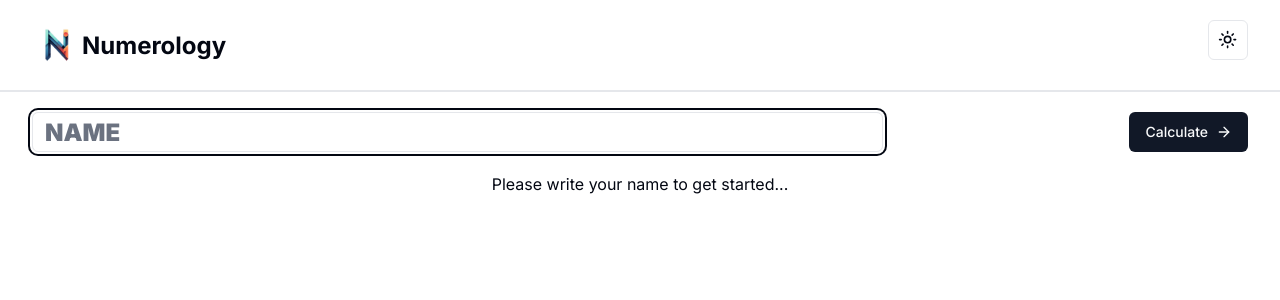
Repository: RaghunadhSahitDruvam/mynumerology
Page: /
These files come from the project's save history. The page is drawn as it stood at one moment and after the next save; the edit follows.
The browser window is 1280 px wide. The pictures show the whole page.
The project was rebuilt for these pictures with package versions that can differ from the ones it lists, and the page was loaded fresh each time. The framework's server and built-in components were replaced by stand-ins that run in the browser. Also part of the build but not shown: next.config.js, components/ui/alert-dialog.tsx.

Above is the page before, as saved 2023-12-21 07:56:40.

### app/layout.tsx
import type { Metadata } from "next";
import { Inter } from "next/font/google";
import "./globals.css";
import { ThemeProvider } from "@/components/theme-provider";

const inter = Inter({ subsets: ["latin"] });

export const metadata: Metadata = {
  title: "Numerology",
  description: "Officially designed by ⭐ Raghunadh ⭐",
};

export default function RootLayout({
  children,
}: {
  children: React.ReactNode;
}) {
  return (
    <html lang="en">
      <body className={inter.className}>
        {" "}
        <ThemeProvider
          attribute="class"
          defaultTheme="system"
          enableSystem
          disableTransitionOnChange
        >
          {children}
          {/* <Toaster /> */}
        </ThemeProvider>
      </body>
    </html>
  );
}

### app/page.tsx
// @ts-nocheck
"use client";
import React, { useEffect, useRef, useState } from "react";
import { Input } from "@/components/ui/input";
import { ToastContainer, toast } from "react-toastify";
import "react-toastify/dist/ReactToastify.css";

import { Button } from "@/components/ui/button";
import { ArrowRight } from "lucide-react";
import axios from "axios";
import Header from "@/components/header";
import { useRouter, useSearchParams } from "next/navigation";
import Link from "next/link";
import {
  AlertDialog,
  AlertDialogAction,
  AlertDialogCancel,
  AlertDialogContent,
  AlertDialogDescription,
  AlertDialogFooter,
  AlertDialogHeader,
  AlertDialogTitle,
  AlertDialogTrigger,
} from "@/components/ui/alert-dialog";

interface DataSource {
  name_g2_block?: string;
  name_g3_block?: string;
  g2tot?: number;
  g2vtot?: number;
  g2nettot?: number;
  g3tot?: number;
  g3vtot?: number;
  g3nettot?: number;
  tot_letters?: number;
}

const Page: React.FC = () => {
  let [textName, setTextName] = useState<string>("");
  const [dataSource, setDataSource] = useState<DataSource | null>(null);
  const [loading, setLoading] = useState<boolean>(false);
  const searchParams = useSearchParams();
  let search = searchParams.get("name");
  const router = useRouter();
  const saveHandler = async (dataSource: DataSource) => {
    setLoading(true);
    await axios
      .post("/api/save", {
        chaldean: dataSource.name_g2_block,
        pythogorous: dataSource.name_g3_block,
        tot_letters: dataSource.tot_letters,
        g2tot: dataSource.g2tot,
        g3tot: dataSource.g3tot,
        g2vtot: dataSource.g2vtot,
        g3vtot: dataSource.g3vtot,
        g2nettot: dataSource.g2nettot,
        g3nettot: dataSource.g3nettot,
      })
      .then((res) => {
        setLoading(false);
        toast.success("Name successfully added to Database ⭐!");
      })
      .catch((err) => toast.error(err));
  };

  useEffect(() => {
    // Set initial value only if it's different from the current state
    if (search !== null && search !== textName) {
      setTextName(search);
    }
  }, [search, textName]);

  const inputFocusRef = useRef(null);
  const buttonRef = useRef(null);
  useEffect(() => {
    inputFocusRef.current.focus();
    if (search !== null) {
      if (buttonRef.current) {
        buttonRef.current.click();
      }
    }
  }, []);
  const submitHandler = (e: React.FormEvent<HTMLFormElement>) => {
    e.preventDefault();
    axios
      .get(`https://phinzi.com/convert?name=${textName}`)
      .then((res) => setDataSource(res.data));
  };

  const updateURL = (newTextName: string) => {
    // Update the URL without a page reload
    router.push(
      `?name=${encodeURIComponent(
        newTextName
          .replaceAll(".", "")
          .replaceAll(",", "")
          .replaceAll("-", " ")
          .replaceAll(";", "")
          .replaceAll("(", "")
          .replaceAll(")", "")
          .replaceAll("  ", " ")
      )}`
    );
  };

  return loading ? (
    <div className="flex items-center justify-center h-screen bg-gray-100">
      <div className="animate-spin h-12 w-12 border-t-2 border-b-2 border-gray-900 rounded-full" />
    </div>
  ) : (
    <div className="">
      <Header />

      <div>
        <form
          className="container gap flex justify-between"
          onSubmit={(e) => submitHandler(e)}
        >
          <Input
            type="text"
            placeholder="Name"
            className="w-[70%]"
            value={textName}
            ref={inputFocusRef}
            onChange={(e) => {
              const newValue = e.target.value;
              setTextName(newValue);
              updateURL(newValue); // Update the URL when input changes
            }}
          />

          <Button type="submit" ref={buttonRef}>
            Calculate <ArrowRight className="ml-2 h-4 w-4" />
          </Button>
        </form>
      </div>
      {dataSource ? (
        <>
          <div className="container mt-[30px] flex items-start justify-start">
            <table
              border={2}
              className="border-4dark:border-white border-yellow-600"
            >
              <thead className="border-4 dark:border-white border-yellow-600 p-[20px]">
                <tr className="border-4 dark:border-white border-yellow-600">
                  <th className="border-4 dark:border-white border-yellow-600 bg-green-600 text-white  text-2xl font-[900]">
                    Grp.
                  </th>
                  <th className="border-4 dark:border-white border-yellow-600 bg-green-600 text-white  text-2xl font-[900]">
                    Name
                  </th>
                  <th className="border-4 dark:border-white border-yellow-600 bg-green-600 text-white  text-2xl font-[900]">
                    Total
                  </th>
                  <th className="border-4  dark:border-white border-yellow-600 bg-green-600 text-white  text-2xl font-[900]">
                    V
                  </th>
                  <th className="border-4px-[10px]  dark:border-white border-yellow-600 bg-green-600 text-white  text-2xl font-[900] text-2xl">
                    C
                  </th>
                </tr>
              </thead>
              <tbody className="border-4 dark:border-white border-yellow-600 text-[#960084] font-[900]">
                <tr className="border-4 dark:border-white border-yellow-600">
                  <td className="border-4 dark:border-white border-yellow-600 bg-green-600 text-white  text-2xl ">
                    C
                  </td>
                  <td className=" border-4 dark:border-white border-yellow-600 ">
                    <table
                      className=" table-padding text-2xl"
                      dangerouslySetInnerHTML={{
                        __html:
                          typeof dataSource !== "undefined" &&
                          dataSource?.name_g2_block,
                      }}
                    ></table>
                  </td>

                  <td className="border-4 dark:border-white border-yellow-600 text-2xl bg-green-600 text-white ">
                    {dataSource?.g2tot}
                  </td>
                  <td className="border-4 dark:border-white border-yellow-600 text-2xl bg-green-600 text-white ">
                    {" "}
                    {dataSource?.g2vtot}
                  </td>
                  <td className="border-4 dark:border-white border-yellow-600 text-2xl bg-green-600 text-white ">
                    {" "}
                    {dataSource?.g2nettot}
                  </td>
                </tr>
                <tr className="border-4 dark:border-white border-yellow-600">
                  <td className="border-4 dark:border-white border-yellow-600 bg-green-600 text-white  text-2xl ">
                    P
                  </td>
                  <td className=" border-4 dark:border-white border-yellow-600">
                    <table
                      className=" table-padding text-2xl"
                      dangerouslySetInnerHTML={{
                        __html:
                          typeof dataSource !== "undefined" &&
                          dataSource?.name_g3_block,
                      }}
                    ></table>
                  </td>

                  <td className="border-4 dark:border-white border-yellow-600 text-2xl bg-green-600 text-white ">
                    {dataSource?.g3tot}
                  </td>
                  <td className="border-4 dark:border-white border-yellow-600 text-2xl bg-green-600 text-white ">
                    {" "}
                    {dataSource?.g3vtot}
                  </td>
                  <td className="border-4 dark:border-white border-yellow-600 text-2xl bg-green-600 text-white ">
                    {" "}
                    {dataSource?.g3nettot}
                  </td>
                </tr>
              </tbody>
            </table>
          </div>
          <div className="container flex  items-start mt-[10px] justify-between">
            {" "}
            <span className="text-green-600  text-2xl font-[900]">
              Total Letters - {dataSource?.tot_letters}
            </span>
            <div className="">
              {/* <Button variant={"default"} className="mr-[10px]"> */}
              <AlertDialog>
                <AlertDialogTrigger>
                  <Button variant={"default"} className="mr-[10px]">
                    Save
                  </Button>
                </AlertDialogTrigger>
                <AlertDialogContent>
                  <AlertDialogHeader>
                    <AlertDialogTitle>
                      Are you absolutely sure?
                    </AlertDialogTitle>
                    <AlertDialogDescription>
                      Do you want to save this name -{" "}
                      <b>{textName.toUpperCase()}</b> ?
                    </AlertDialogDescription>
                  </AlertDialogHeader>
                  <AlertDialogFooter>
                    <AlertDialogCancel>Cancel</AlertDialogCancel>
                    <AlertDialogAction onClick={() => saveHandler(dataSource)}>
                      Continue
                    </AlertDialogAction>
                  </AlertDialogFooter>
                </AlertDialogContent>
              </AlertDialog>
              {/* </Button> */}
              <Link href={"/"}>
                <Button
                  variant={"destructive"}
                  onClick={() => {
                    setTextName(null);
                    setDataSource(null);
                  }}
                >
                  Cancel
                </Button>
              </Link>
            </div>
          </div>
        </>
      ) : (
        <>
          <div className="container flex justify-center align-middle">
            <h1>Please write your name to get started...</h1>
          </div>
        </>
      )}
      <ToastContainer
        position="top-right"
        autoClose={5000}
        hideProgressBar={false}
        newestOnTop={false}
        closeOnClick
        rtl={false}
        pauseOnFocusLoss
        draggable
        pauseOnHover
        theme="colored"
      />
    </div>
  );
};

export default Page;

### app/globals.css
@tailwind base;
@tailwind components;
@tailwind utilities;

@layer base {
  :root {
    --background: 0 0% 100%;
    --foreground: 224 71.4% 4.1%;

    --card: 0 0% 100%;
    --card-foreground: 224 71.4% 4.1%;

    --popover: 0 0% 100%;
    --popover-foreground: 224 71.4% 4.1%;

    --primary: 220.9 39.3% 11%;
    --primary-foreground: 210 20% 98%;

    --secondary: 220 14.3% 95.9%;
    --secondary-foreground: 220.9 39.3% 11%;

    --muted: 220 14.3% 95.9%;
    --muted-foreground: 220 8.9% 46.1%;

    --accent: 220 14.3% 95.9%;
    --accent-foreground: 220.9 39.3% 11%;

    --destructive: 0 84.2% 60.2%;
    --destructive-foreground: 210 20% 98%;

    --border: 220 13% 91%;
    --input: 220 13% 91%;
    --ring: 224 71.4% 4.1%;

    --radius: 0.5rem;
  }

  .dark {
    --background: 224 71.4% 4.1%;
    --foreground: 210 20% 98%;

    --card: 224 71.4% 4.1%;
    --card-foreground: 210 20% 98%;

    --popover: 224 71.4% 4.1%;
    --popover-foreground: 210 20% 98%;

    --primary: 210 20% 98%;
    --primary-foreground: 220.9 39.3% 11%;

    --secondary: 215 27.9% 16.9%;
    --secondary-foreground: 210 20% 98%;

    --muted: 215 27.9% 16.9%;
    --muted-foreground: 217.9 10.6% 64.9%;

    --accent: 215 27.9% 16.9%;
    --accent-foreground: 210 20% 98%;

    --destructive: 0 62.8% 30.6%;
    --destructive-foreground: 210 20% 98%;

    --border: 215 27.9% 16.9%;
    --input: 215 27.9% 16.9%;
    --ring: 216 12.2% 83.9%;
  }
}

@layer base {
  * {
    @apply border-border;
  }
  body {
    @apply bg-background text-foreground;
  }
  .container {
    @apply mx-[50px];
  }
  .mainHeading {
    @apply text-2xl font-bold;
  }
  .gap {
    @apply my-[20px];
  }
  .table-padding tbody > tr > td {
    @apply px-[15px];
  }
}

### components/ui/input.tsx
import * as React from "react";

import { cn } from "@/lib/utils";

export interface InputProps
  extends React.InputHTMLAttributes<HTMLInputElement> {}

const Input = React.forwardRef<HTMLInputElement, InputProps>(
  ({ className, type, ...props }, ref) => {
    return (
      <input
        type={type}
        className={cn(
          "flex h-10 w-full rounded-md border border-pink-600 border-input uppercase text-2xl bg-background text-blue-600 font-[1000] px-3 py-2  ring-offset-background file:border-0 file:bg-transparent file:text-sm file:font-medium placeholder:text-muted-foreground focus-visible:outline-none focus-visible:ring-2 focus-visible:ring-ring focus-visible:ring-offset-2 foc disabled:cursor-not-allowed disabled:opacity-50",
          className
        )}
        ref={ref}
        {...props}
      />
    );
  }
);
Input.displayName = "Input";

export { Input };

### components/ui/button.tsx
import * as React from "react"
import { Slot } from "@radix-ui/react-slot"
import { cva, type VariantProps } from "class-variance-authority"

import { cn } from "@/lib/utils"

const buttonVariants = cva(
  "inline-flex items-center justify-center rounded-md text-sm font-medium ring-offset-background transition-colors focus-visible:outline-none focus-visible:ring-2 focus-visible:ring-ring focus-visible:ring-offset-2 disabled:pointer-events-none disabled:opacity-50",
  {
    variants: {
      variant: {
        default: "bg-primary text-primary-foreground hover:bg-primary/90",
        destructive:
          "bg-destructive text-destructive-foreground hover:bg-destructive/90",
        outline:
          "border border-input bg-background hover:bg-accent hover:text-accent-foreground",
        secondary:
          "bg-secondary text-secondary-foreground hover:bg-secondary/80",
        ghost: "hover:bg-accent hover:text-accent-foreground",
        link: "text-primary underline-offset-4 hover:underline",
      },
      size: {
        default: "h-10 px-4 py-2",
        sm: "h-9 rounded-md px-3",
        lg: "h-11 rounded-md px-8",
        icon: "h-10 w-10",
      },
    },
    defaultVariants: {
      variant: "default",
      size: "default",
    },
  }
)

export interface ButtonProps
  extends React.ButtonHTMLAttributes<HTMLButtonElement>,
    VariantProps<typeof buttonVariants> {
  asChild?: boolean
}

const Button = React.forwardRef<HTMLButtonElement, ButtonProps>(
  ({ className, variant, size, asChild = false, ...props }, ref) => {
    const Comp = asChild ? Slot : "button"
    return (
      <Comp
        className={cn(buttonVariants({ variant, size, className }))}
        ref={ref}
        {...props}
      />
    )
  }
)
Button.displayName = "Button"

export { Button, buttonVariants }

### components/header.tsx
import React from "react";
import { ModeToggle } from "./mode";
import Link from "next/link";
import Image from "next/image";

const Header = () => {
  return (
    <div className={``}>
      <div className="flex my-[20px] mainHeading justify-between  container ">
        <Link href={"/"} className="flex align-middle text-center ">
          <Image src={"/images/logo.png"} alt="logo" height={50} width={50} />
          <span className="mt-[10px]">Numerology</span>
        </Link>
        <ModeToggle />
      </div>
      <div className="border-b-2"></div>
    </div>
  );
};

export default Header;

### components/mode.tsx
"use client";

import * as React from "react";
import { Moon, Sun } from "lucide-react";
import { useTheme } from "next-themes";

import { Button } from "@/components/ui/button";
import {
  DropdownMenu,
  DropdownMenuContent,
  DropdownMenuItem,
  DropdownMenuTrigger,
} from "@/components/ui/dropdown-menu";

export function ModeToggle() {
  const { setTheme } = useTheme();

  return (
    <DropdownMenu>
      <DropdownMenuTrigger asChild>
        <Button variant="outline" size="icon">
          <Sun className="h-[1.2rem] w-[1.2rem] rotate-0 scale-100 transition-all dark:-rotate-90 dark:scale-0" />
          <Moon className="absolute h-[1.2rem] w-[1.2rem] rotate-90 scale-0 transition-all dark:rotate-0 dark:scale-100" />
          <span className="sr-only">Toggle theme</span>
        </Button>
      </DropdownMenuTrigger>
      <DropdownMenuContent align="end">
        <DropdownMenuItem onClick={() => setTheme("light")}>
          Light
        </DropdownMenuItem>
        <DropdownMenuItem onClick={() => setTheme("dark")}>
          Dark
        </DropdownMenuItem>
        <DropdownMenuItem onClick={() => setTheme("system")}>
          System
        </DropdownMenuItem>
      </DropdownMenuContent>
    </DropdownMenu>
  );
}

### components/ui/dropdown-menu.tsx
import * as React from "react"
import * as DropdownMenuPrimitive from "@radix-ui/react-dropdown-menu"
import { Check, ChevronRight, Circle } from "lucide-react"

import { cn } from "@/lib/utils"

const DropdownMenu = DropdownMenuPrimitive.Root

const DropdownMenuTrigger = DropdownMenuPrimitive.Trigger

const DropdownMenuGroup = DropdownMenuPrimitive.Group

const DropdownMenuPortal = DropdownMenuPrimitive.Portal

const DropdownMenuSub = DropdownMenuPrimitive.Sub

const DropdownMenuRadioGroup = DropdownMenuPrimitive.RadioGroup

const DropdownMenuSubTrigger = React.forwardRef<
  React.ElementRef<typeof DropdownMenuPrimitive.SubTrigger>,
  React.ComponentPropsWithoutRef<typeof DropdownMenuPrimitive.SubTrigger> & {
    inset?: boolean
  }
>(({ className, inset, children, ...props }, ref) => (
  <DropdownMenuPrimitive.SubTrigger
    ref={ref}
    className={cn(
      "flex cursor-default select-none items-center rounded-sm px-2 py-1.5 text-sm outline-none focus:bg-accent data-[state=open]:bg-accent",
      inset && "pl-8",
      className
    )}
    {...props}
  >
    {children}
    <ChevronRight className="ml-auto h-4 w-4" />
  </DropdownMenuPrimitive.SubTrigger>
))
DropdownMenuSubTrigger.displayName =
  DropdownMenuPrimitive.SubTrigger.displayName

const DropdownMenuSubContent = React.forwardRef<
  React.ElementRef<typeof DropdownMenuPrimitive.SubContent>,
  React.ComponentPropsWithoutRef<typeof DropdownMenuPrimitive.SubContent>
>(({ className, ...props }, ref) => (
  <DropdownMenuPrimitive.SubContent
    ref={ref}
    className={cn(
      "z-50 min-w-[8rem] overflow-hidden rounded-md border bg-popover p-1 text-popover-foreground shadow-lg data-[state=open]:animate-in data-[state=closed]:animate-out data-[state=closed]:fade-out-0 data-[state=open]:fade-in-0 data-[state=closed]:zoom-out-95 data-[state=open]:zoom-in-95 data-[side=bottom]:slide-in-from-top-2 data-[side=left]:slide-in-from-right-2 data-[side=right]:slide-in-from-left-2 data-[side=top]:slide-in-from-bottom-2",
      className
    )}
    {...props}
  />
))
DropdownMenuSubContent.displayName =
  DropdownMenuPrimitive.SubContent.displayName

const DropdownMenuContent = React.forwardRef<
  React.ElementRef<typeof DropdownMenuPrimitive.Content>,
  React.ComponentPropsWithoutRef<typeof DropdownMenuPrimitive.Content>
>(({ className, sideOffset = 4, ...props }, ref) => (
  <DropdownMenuPrimitive.Portal>
    <DropdownMenuPrimitive.Content
      ref={ref}
      sideOffset={sideOffset}
      className={cn(
        "z-50 min-w-[8rem] overflow-hidden rounded-md border bg-popover p-1 text-popover-foreground shadow-md data-[state=open]:animate-in data-[state=closed]:animate-out data-[state=closed]:fade-out-0 data-[state=open]:fade-in-0 data-[state=closed]:zoom-out-95 data-[state=open]:zoom-in-95 data-[side=bottom]:slide-in-from-top-2 data-[side=left]:slide-in-from-right-2 data-[side=right]:slide-in-from-left-2 data-[side=top]:slide-in-from-bottom-2",
        className
      )}
      {...props}
    />
  </DropdownMenuPrimitive.Portal>
))
DropdownMenuContent.displayName = DropdownMenuPrimitive.Content.displayName

const DropdownMenuItem = React.forwardRef<
  React.ElementRef<typeof DropdownMenuPrimitive.Item>,
  React.ComponentPropsWithoutRef<typeof DropdownMenuPrimitive.Item> & {
    inset?: boolean
  }
>(({ className, inset, ...props }, ref) => (
  <DropdownMenuPrimitive.Item
    ref={ref}
    className={cn(
      "relative flex cursor-default select-none items-center rounded-sm px-2 py-1.5 text-sm outline-none transition-colors focus:bg-accent focus:text-accent-foreground data-[disabled]:pointer-events-none data-[disabled]:opacity-50",
      inset && "pl-8",
      className
    )}
    {...props}
  />
))
DropdownMenuItem.displayName = DropdownMenuPrimitive.Item.displayName

const DropdownMenuCheckboxItem = React.forwardRef<
  React.ElementRef<typeof DropdownMenuPrimitive.CheckboxItem>,
  React.ComponentPropsWithoutRef<typeof DropdownMenuPrimitive.CheckboxItem>
>(({ className, children, checked, ...props }, ref) => (
  <DropdownMenuPrimitive.CheckboxItem
    ref={ref}
    className={cn(
      "relative flex cursor-default select-none items-center rounded-sm py-1.5 pl-8 pr-2 text-sm outline-none transition-colors focus:bg-accent focus:text-accent-foreground data-[disabled]:pointer-events-none data-[disabled]:opacity-50",
      className
    )}
    checked={checked}
    {...props}
  >
    <span className="absolute left-2 flex h-3.5 w-3.5 items-center justify-center">
      <DropdownMenuPrimitive.ItemIndicator>
        <Check className="h-4 w-4" />
      </DropdownMenuPrimitive.ItemIndicator>
    </span>
    {children}
  </DropdownMenuPrimitive.CheckboxItem>
))
DropdownMenuCheckboxItem.displayName =
  DropdownMenuPrimitive.CheckboxItem.displayName

const DropdownMenuRadioItem = React.forwardRef<
  React.ElementRef<typeof DropdownMenuPrimitive.RadioItem>,
  React.ComponentPropsWithoutRef<typeof DropdownMenuPrimitive.RadioItem>
>(({ className, children, ...props }, ref) => (
  <DropdownMenuPrimitive.RadioItem
    ref={ref}
    className={cn(
      "relative flex cursor-default select-none items-center rounded-sm py-1.5 pl-8 pr-2 text-sm outline-none transition-colors focus:bg-accent focus:text-accent-foreground data-[disabled]:pointer-events-none data-[disabled]:opacity-50",
      className
    )}
    {...props}
  >
    <span className="absolute left-2 flex h-3.5 w-3.5 items-center justify-center">
      <DropdownMenuPrimitive.ItemIndicator>
        <Circle className="h-2 w-2 fill-current" />
      </DropdownMenuPrimitive.ItemIndicator>
    </span>
    {children}
  </DropdownMenuPrimitive.RadioItem>
))
DropdownMenuRadioItem.displayName = DropdownMenuPrimitive.RadioItem.displayName

const DropdownMenuLabel = React.forwardRef<
  React.ElementRef<typeof DropdownMenuPrimitive.Label>,
  React.ComponentPropsWithoutRef<typeof DropdownMenuPrimitive.Label> & {
    inset?: boolean
  }
>(({ className, inset, ...props }, ref) => (
  <DropdownMenuPrimitive.Label
    ref={ref}
    className={cn(
      "px-2 py-1.5 text-sm font-semibold",
      inset && "pl-8",
      className
    )}
    {...props}
  />
))
DropdownMenuLabel.displayName = DropdownMenuPrimitive.Label.displayName

const DropdownMenuSeparator = React.forwardRef<
  React.ElementRef<typeof DropdownMenuPrimitive.Separator>,
  React.ComponentPropsWithoutRef<typeof DropdownMenuPrimitive.Separator>
>(({ className, ...props }, ref) => (
  <DropdownMenuPrimitive.Separator
    ref={ref}
    className={cn("-mx-1 my-1 h-px bg-muted", className)}
    {...props}
  />
))
DropdownMenuSeparator.displayName = DropdownMenuPrimitive.Separator.displayName

const DropdownMenuShortcut = ({
  className,
  ...props
}: React.HTMLAttributes<HTMLSpanElement>) => {
  return (
    <span
      className={cn("ml-auto text-xs tracking-widest opacity-60", className)}
      {...props}
    />
  )
}
DropdownMenuShortcut.displayName = "DropdownMenuShortcut"

export {
  DropdownMenu,
  DropdownMenuTrigger,
  DropdownMenuContent,
  DropdownMenuItem,
  DropdownMenuCheckboxItem,
  DropdownMenuRadioItem,
  DropdownMenuLabel,
  DropdownMenuSeparator,
  DropdownMenuShortcut,
  DropdownMenuGroup,
  DropdownMenuPortal,
  DropdownMenuSub,
  DropdownMenuSubContent,
  DropdownMenuSubTrigger,
  DropdownMenuRadioGroup,
}

Loaded but not shown: components/theme-provider.tsx (common file); lib/utils.ts (common file); tailwind.config.js (common file)

After the next save:
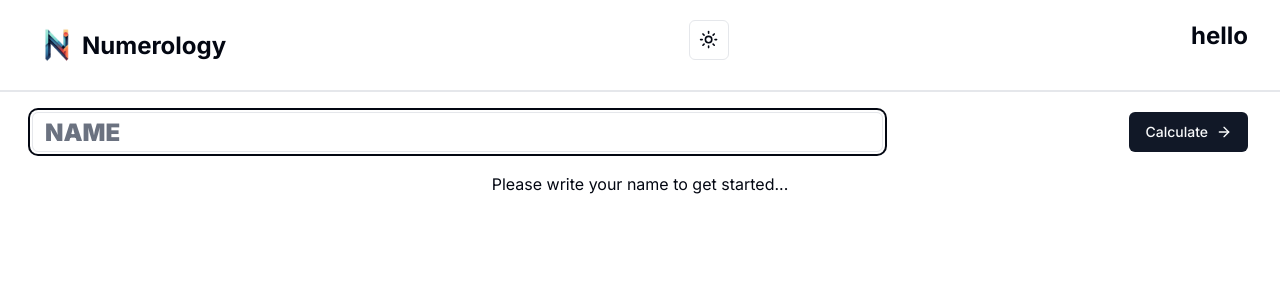
Saved 3 min 27 s later.
--- a/components/header.tsx
+++ b/components/header.tsx
@@ -12,6 +12,7 @@ const Header = () => {
           <span className="mt-[10px]">Numerology</span>
         </Link>
         <ModeToggle />
+        <h1>hello</h1>
       </div>
       <div className="border-b-2"></div>
     </div>
